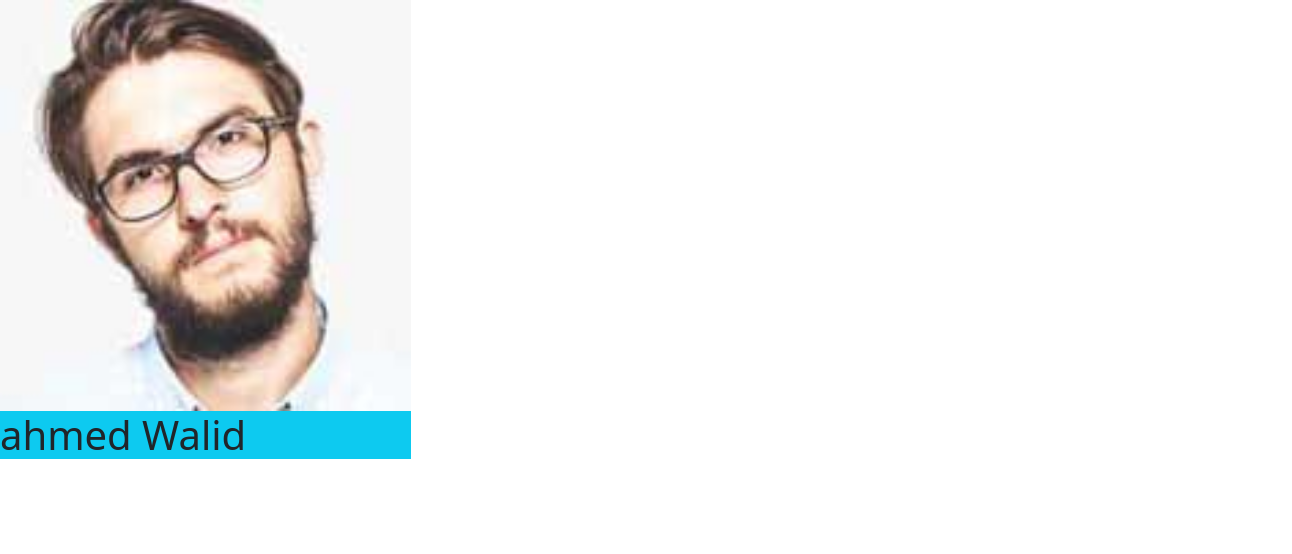
Repository: Ahmedalid/testing
Page: test.html
These files come from the project's save history. The page is drawn as it stood at one moment and after the next save; the edit follows.
The browser window is 1280 px wide. The page is 1292 px wide, so the pictures cover 1292 px, including what lies to the right of the window. The pictures show the whole page.

Above is the page before, as saved 2023-06-24 15:46:26.

After the next save:
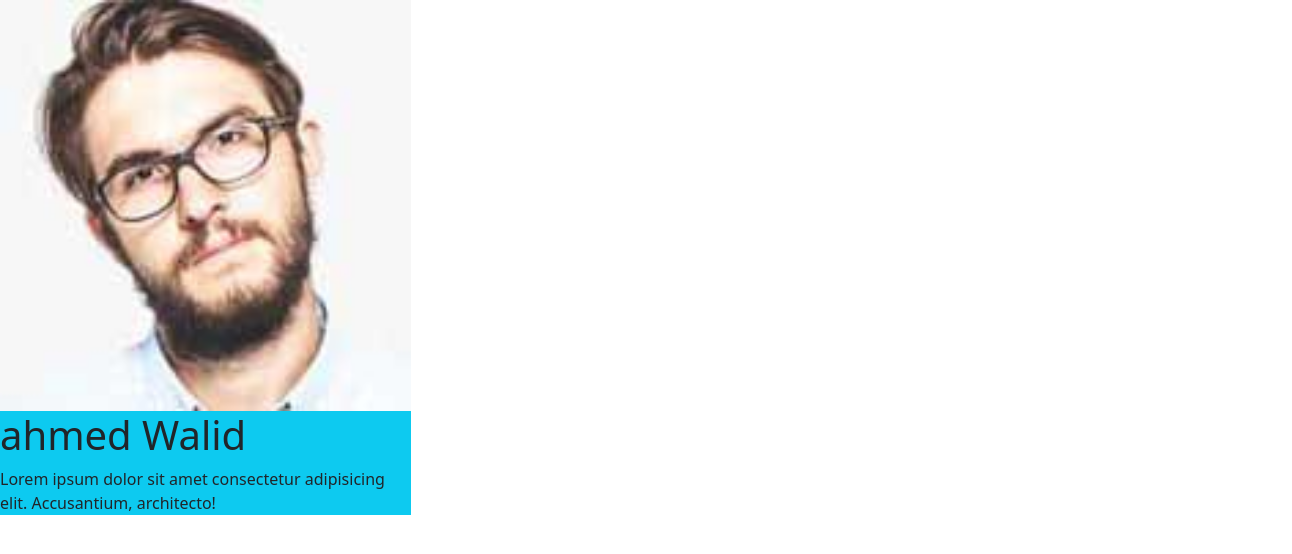
Saved 8 s later.
--- a/test.html
+++ b/test.html
@@ -13,6 +13,7 @@
             <div class="bg-info">
                 <img src="2 (1).jpg" alt="" class="w-100">
                 <h1>ahmed Walid</h1>
+                <p>Lorem ipsum dolor sit amet consectetur adipisicing elit. Accusantium, architecto!</p>
 
             </div>
         </div>
